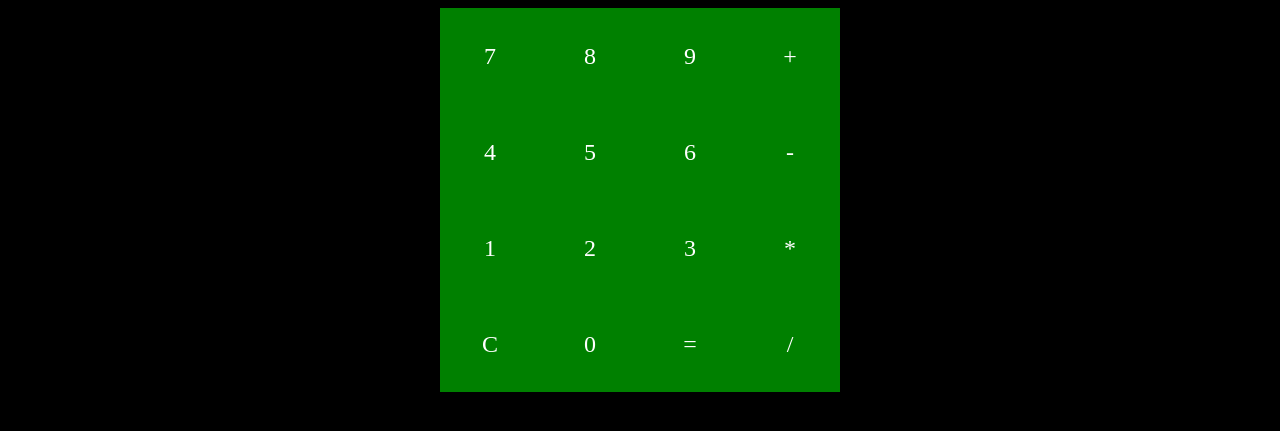
Repository: rajratangm/xcalculator
Page: /
An editor plug-in stored every save of this project. The page is shown before and after a run of saves, followed by the edit.
The browser window is 1280 px wide. The pictures show the whole page.
The project was rebuilt for these pictures with package versions that can differ from the ones it lists, and the page was loaded fresh each time. Also part of the build but not shown: vite.config.js, src/Component/Input/Input.css, src/Component/Input/Input.jsx.

Above is the page before, as saved 2024-04-02 19:46:42.

After the next 3 saves:
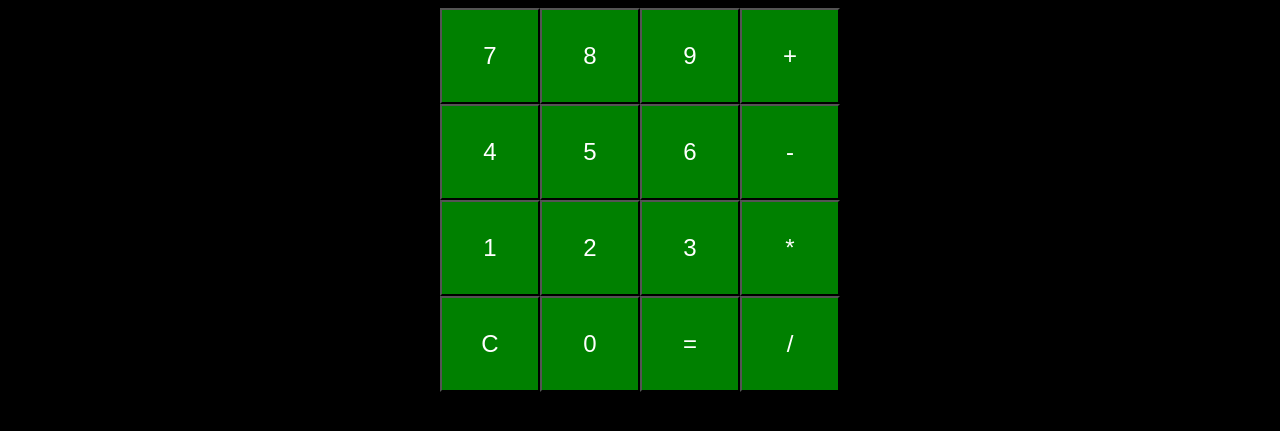
The 3 saves are shown as one change because they came seconds apart.
The last was saved 4 min 22 s later.
--- a/src/Component/Button/Button.jsx
+++ b/src/Component/Button/Button.jsx
@@ -2,9 +2,9 @@ import './Button.css'
 
 
 const Button=({symbol, handlleClick})=>{
-    return <div className='button-wrapper' onClick={()=>handlleClick(symbol)} >
+    return <button className='button-wrapper' onClick={()=>handlleClick(symbol)} >
 {symbol}
-    </div>
+    </button>
 }
 
 export default Button
